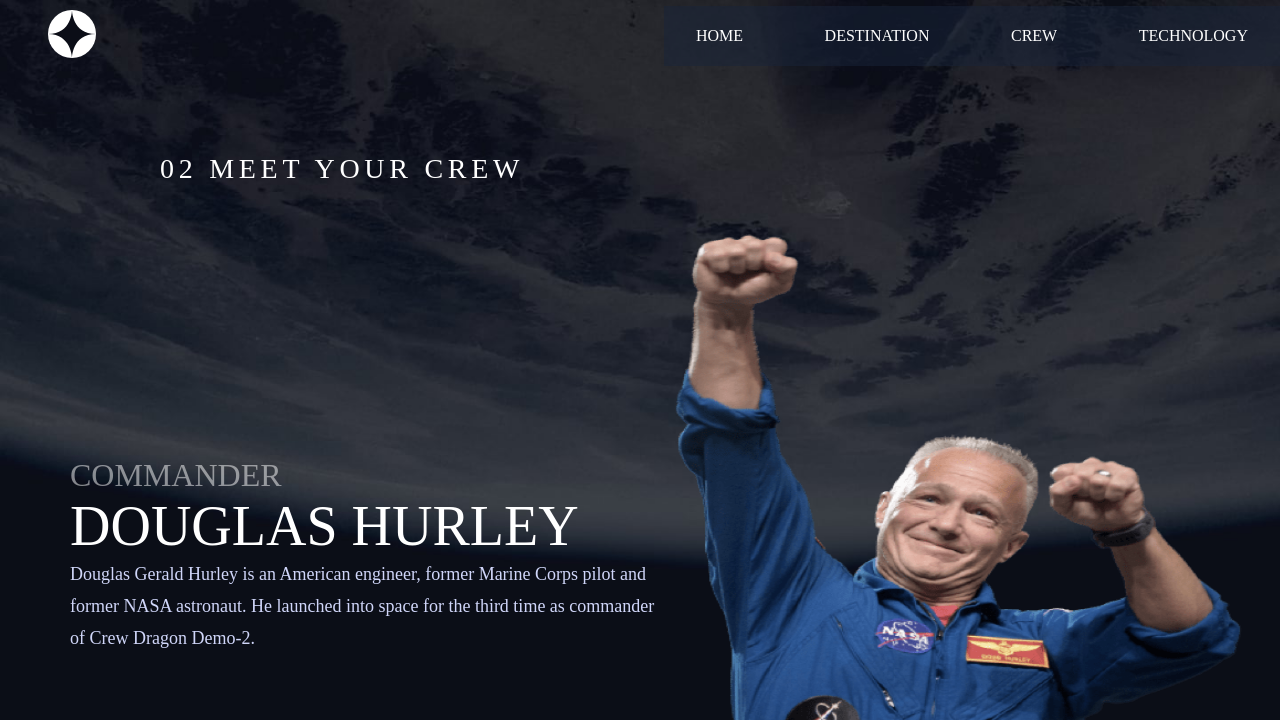
Repository: nilesjamex/space
Page: /Crew
An editor plug-in stored every save of this project. The page is shown before and after the next save, followed by the edit.
The browser window is 1280 px wide. The pictures show the whole page.
The project was rebuilt for these pictures with package versions that can differ from the ones it lists, and the page was loaded fresh each time. The framework's server and built-in components were replaced by stand-ins that run in the browser. Also part of the build but not shown: next.config.js.

Above is the page before, as saved 2022-01-08 01:15:44.

### pages/Crew.js
import React from 'react'
import Creww from '../Components/Crew/Crew';

const Crew = () => {
    return (
        <div>
           <Creww />
        </div>
    )
}

export default Crew

### styles/globals.css
a {
  color: inherit;
  text-decoration: none;
}

*{
  margin: 0;
  padding: 0;
  box-sizing: border-box;
  max-width: 100%;
  max-height: 100vh;
  overflow-y: hidden;
}

li {
  list-style: none;
  cursor: pointer;
}

### Components/Crew/Crew.js
import React from 'react';
import styles from './crew.module.css'
import Nav from '../../Layout/Nav';
import Image from 'next/image';
import Members from './Members/Members'

const Crew = () => {

  return (
    <div className={styles.home}>
     <div>
         <Nav/>
        </div>
        <div>
        <div>
           <h3 className={styles.hometext}> 02 Meet your crew</h3>
        </div>
        </div>
        <div>
        <Members />
        </div>
    </div>
  )
}

export default Crew

### Components/Crew/crew.module.css
.home {
    background: url(../../public/assets/crew/background-crew-desktop.jpg);
    background-size: cover;
    height: 100vh;
}
.hometext {
    font-family: Barlow Condensed;
    font-style: normal;
    font-weight: normal;
    font-size: 28px;
    line-height: 34px;letter-spacing: 4.725px;
    text-transform: uppercase;
    color: #FFFFFF;
    margin: 5rem 0 1rem 10rem;
}

### Layout/Nav.js
import React from 'react';
import styles from './nav.module.css';
import Link from 'next/link'

const Nav = ({children}) => {
    return (
       <div className={styles.navBody}>
        <nav className={styles.nav}>
         <div>
            <svg width="48" height="48" viewBox="0 0 48 48" fill="none" xmlns="http://www.w3.org/2000/svg">
<circle cx="24" cy="24" r="24" fill="white"/>
<path fillRule="evenodd" clipRule="evenodd" d="M24 0C24 0 24 24 0 24C23.5776 24.1714 24 48 24 48C24 48 24 24 48 24C24 24 24 0 24 0Z" fill="#0B0D17" />
</svg>
  </div>

<ul className={styles.ul}>
<li><Link href="/"> HOME </Link></li>
<li><Link href="/Destinations">DESTINATION </Link></li>
<li><Link href="/Crew">CREW</Link></li>
<li><Link href="/Technology">TECHNOLOGY</Link></li>
</ul>
        </nav>
      <div className={styles.mainBody}> {children} </div>
</div>
    )
}

export default Nav

### Components/Crew/Members/Members.js
import React from 'react'
import Slider from "react-slick";
import "slick-carousel/slick/slick.css";
import "slick-carousel/slick/slick-theme.css";
import Image from 'next/image';
import styles from './Members.module.css'
import Doug from '../../../public/assets/crew/image-douglas-hurley.png'
const Members = () => {
    const settings = {
      dots: true,
      infinite: true,
      slidesToShow: 1,
      slidesToScroll: 1,
      autoplay: true,
      speed: 5000,
      autoplaySpeed: 5000,
      cssEase: "linear"
    };

    return (
        <div>
        <div className={styles.crewSplit}>
        <div className={styles.crewText}>
        <p className={styles.crewtexthead}>Commander</p>
        <h2 className={styles.crewtextsub}>Douglas Hurley</h2>
        <p className={styles.crewtextbody}> Douglas Gerald Hurley is an American engineer, former Marine Corps pilot
  and former NASA astronaut. He launched into space for the third time as
  commander of Crew Dragon Demo-2.</p>

        </div>
        <div className={styles.crewImage}>
        <Image src={Doug} alt="crew" height="590px" width="568px" />
        </div>
        </div>
          <Slider {...settings}>
        </Slider>
        </div>
    )
}

export default Members

### Layout/nav.module.css
.nav {
    display: flex;
    justify-content: space-between;
    align-items: center;
    padding-left: 3rem;
    width: 100%;
    height: 10vh;

}

.ul {
    display: flex;
    width: 50%;
    justify-content: space-between;
    align-items: center;
    color: #fff;
    background-color: rgba(24, 36, 59, 0.5);
    height: 60px;
    padding: 0 2rem;

}

.navBody {
    height: 100%;
}

### Components/Crew/Members/Members.module.css
.crewSplit {
    display: flex;
    justify-content: space-around;
    margin: 2rem 2rem 0 4rem;
}
.crewText {
    width: 50%;
    align-self: center;
}
.crewtexthead {
    font-family: Bellefair;
    font-style: normal;
    font-weight: normal;
    font-size: 32px;
    line-height: 37px;
    /* identical to box height */
    text-transform: uppercase;
    color: #FFFFFF;
    mix-blend-mode: normal;
    opacity: 0.5;
}
.crewtextsub {
    font-family: Bellefair;
    font-style: normal;
    font-weight: normal;
    font-size: 56px;
    line-height: 64px;
    text-transform: uppercase;
    color: #FFFFFF;
}
.crewtextbody {
    font-family: Barlow;
    font-style: normal;
    font-weight: normal;
    font-size: 18px;
    line-height: 32px;
    /* or 178% */
    color: #D0D6F9;

}
.crewImage {
    z-index: 10;
    padding-bottom: 3rem;
}

Loaded but not shown: pages/_app.js (common file)

After the next save:
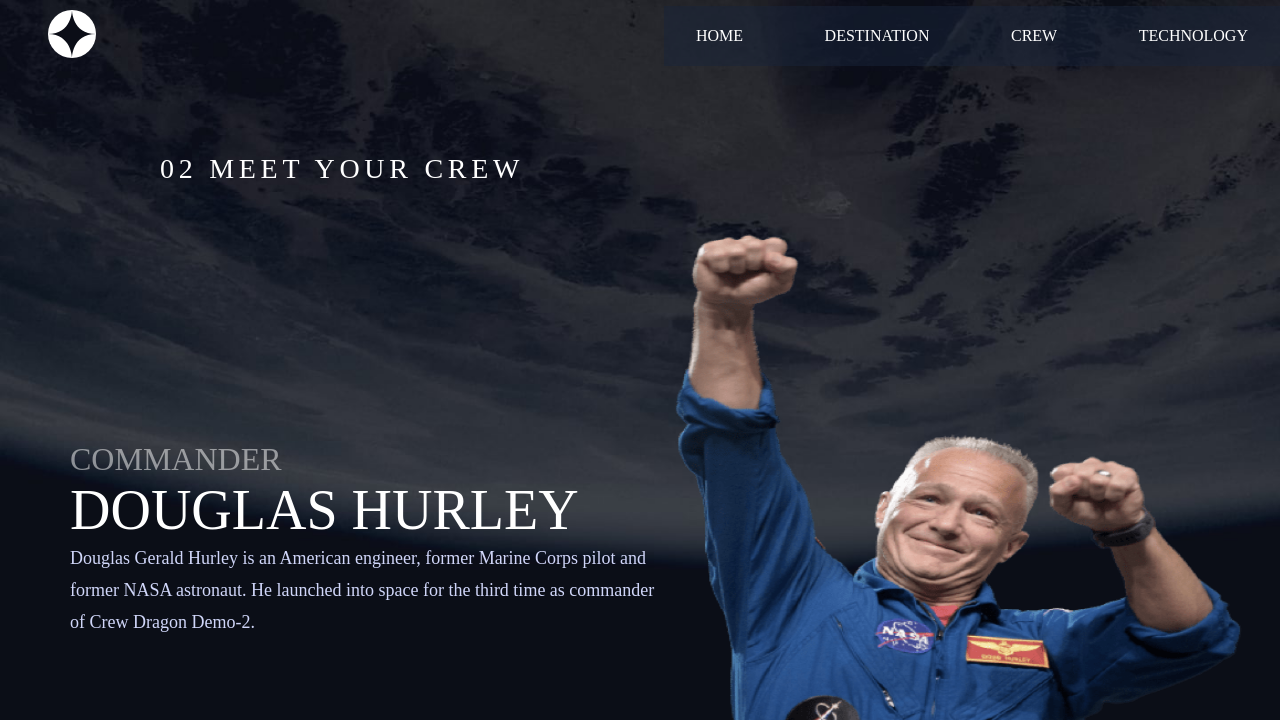
Saved 17 s later.
--- a/Components/Crew/Members/Members.module.css
+++ b/Components/Crew/Members/Members.module.css
@@ -40,5 +40,5 @@
 }
 .crewImage {
     z-index: 10;
-    padding-bottom: 3rem;
+    padding-bottom: 1rem;
 }
